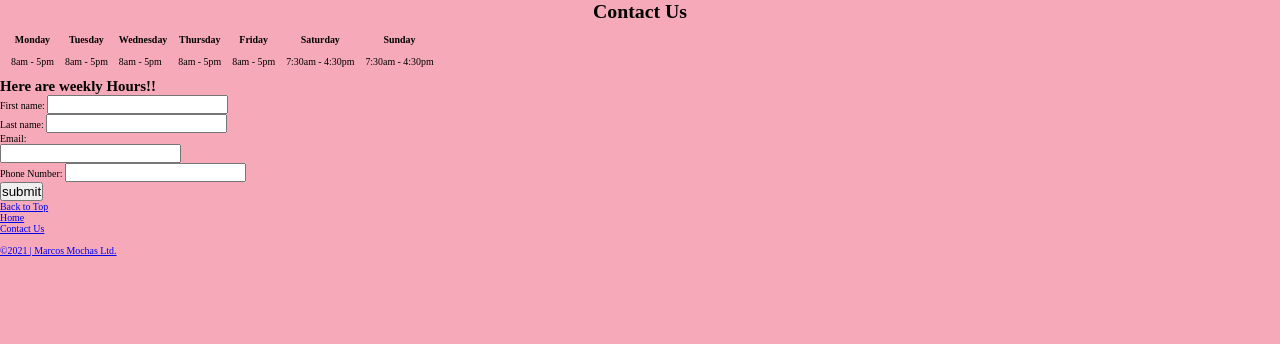
Repository: CAMPSLOPY/marcos-mochas
Page: HTML/contact.html
An editor plug-in stored every save of this project. The page is shown before and after the next save, followed by the edit.
The browser window is 1280 px wide. The pictures show the whole page.

Above is the page before, as saved 2021-07-02 17:12:28.

### HTML/contact.html
<!DOCTYPE html>
<html lang="en">
<head>
    <meta charset="UTF-8">
    <meta http-equiv="X-UA-Compatible" content="IE=edge">
    <meta name="viewport" content="width=device-width, initial-scale=1.0">
    <meta name="robots" content="index,follow" />
    <meta
      name="description"
      content=""
    />
    <link rel="stylesheet" href="/CSS/contact.css">
    <title>Contact Us</title>
</head>
<body>
    <header class="contact-header">
        <!--page hours title-->
        <h1 >Contact Us</h1>
    </header>

    <div class="table-content">


        <!--Page hours and contact form-->
        <table cellspacing="11">
        <tr>
            <th>Monday</th>
            <th>Tuesday</th>
            <th>Wednesday</th>
            <th>Thursday</th>
            <th>Friday</th>
            <th>Saturday</th>
            <th>Sunday</th>
        </tr>
        <tr>
            <td>8am - 5pm</td>
            <td>8am - 5pm</td>
            <td>8am - 5pm</td>
            <td>8am - 5pm</td>
            <td>8am - 5pm</td>
            <td>7:30am - 4:30pm</td>
            <td>7:30am - 4:30pm</td>
        </tr>
        </table>
    </div>
    <main>
        <h2>Here are weekly Hours!!</h2>
        <!--Hours table start here-->

        <!--Form starts here-->
        <!-- i wrapped the form inside a div content so that we can give it freedo
        when styling -->
        <div class="form-content">

            <form class="contact-form" action="">


                <div class="form-control">
                    <!--first name input/required-->
                    <label for="fname">First name:</label>
                    <input type="text" id="fname" name="fname" value="" required>
                </div>
               <div class="form-control">
                 <!--last name input/required-->
                 <label for="lname">Last name:</label>
                 <input type="text" id="lname" name="lname" value="" required>
               </div>

               <div class="form-control">
                  <!--email address input/required-->
                  <label for="email">Email:</label><br>
                  <input type="text" id="email" name="Email" value="" required>
               </div>

               <div class="form-control">
                   <!--Phone number input/not required-->
                <label for="Phone">Phone Number:</label>
                <input type="text" id="phone" name="Phone" value="">
               </div>

                <!--Submit button-->
                <button type="submit">submit</button>
                      </form>
        </div>

    </main>

    <!--page navi links & copyright-->
    <footer>
        <div class="contact-footer">
        <ul>
            <!-- IDEA: img / just text for our "logo" -->
            <li><a href="#top">Back to Top</a></li>
            <li><a href="/HTML/Index.html">Home</a></li>
            <li><a href="/HTML/contact.html">Contact Us</la></li>
        </ul>
        </div>
        <br>
        <!--Copyright class -->
        <div class="copyright">
            <p>&copy;2021 | Marcos Mochas Ltd.</p>
        </div>
    </footer>
</body>
</html>

### CSS/contact.css

/* universal styling of the contact page */
* {
    margin: 0;
    padding: 0;
    box-sizing: border-box;
}

body{
    min-height: 100vh;
    background-color: #f38ba0bb;
}

html{
    font-size: 62%;
}

.contact-header{
    text-align: center;
}
/* styling the Form */



/* styling for hours table */

table {

}


/*Footer css code*/

/*The links at the bottom of the footer shouldnt be stacked up and placed at the bottom of the page*/

.contact-footer {


}

.copyright {

}

After the next save:
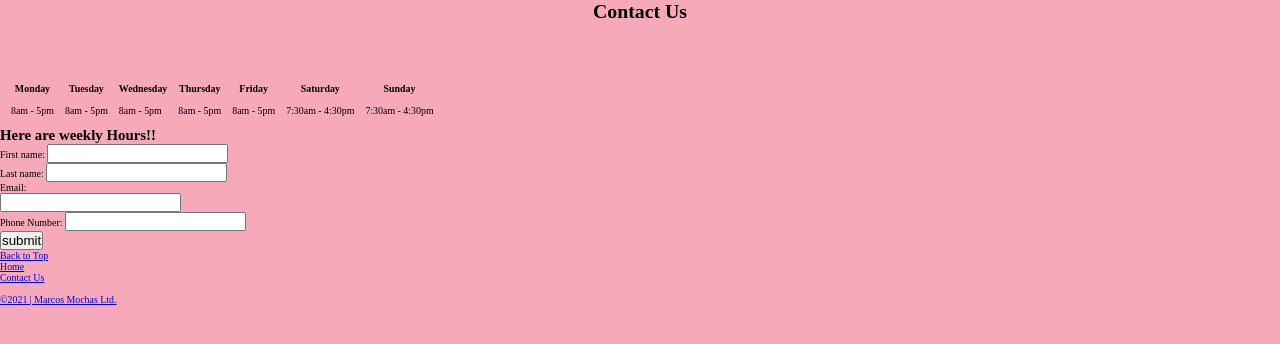
Saved 17 s later.
--- a/CSS/contact.css
+++ b/CSS/contact.css
@@ -17,6 +17,7 @@ html{
 
 .contact-header{
     text-align: center;
+    min-height: 10vh;
 }
 /* styling the Form */
 

After the 6 saves that followed:
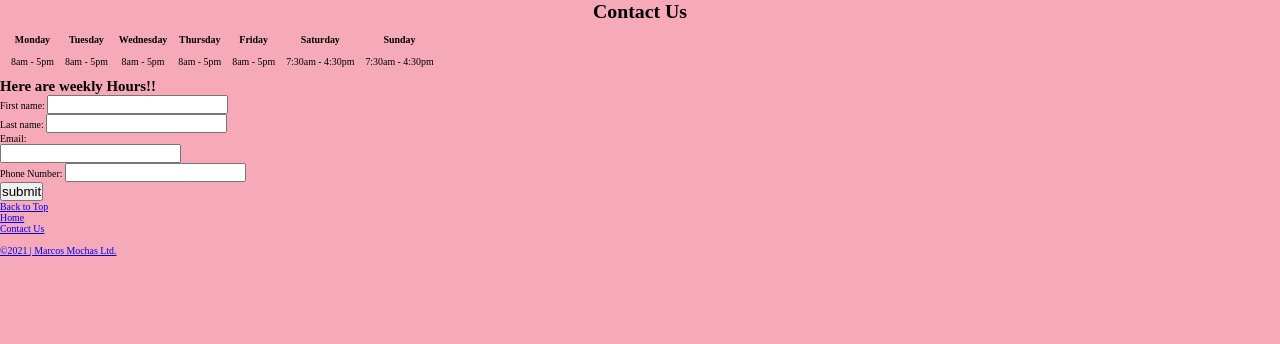
The 6 saves are shown as one change because 3 left the picture as it was and some came seconds apart.
The last was saved 10 min 0 s later.
--- a/HTML/contact.html
+++ b/HTML/contact.html
@@ -16,7 +16,7 @@
     <header class="contact-header">
         <!--page hours title-->
         <h1 >Contact Us</h1>
-    </header>
+
 
     <div class="table-content">
 
@@ -43,6 +43,7 @@
         </tr>
         </table>
     </div>
+</header>
     <main>
         <h2>Here are weekly Hours!!</h2>
         <!--Hours table start here-->
